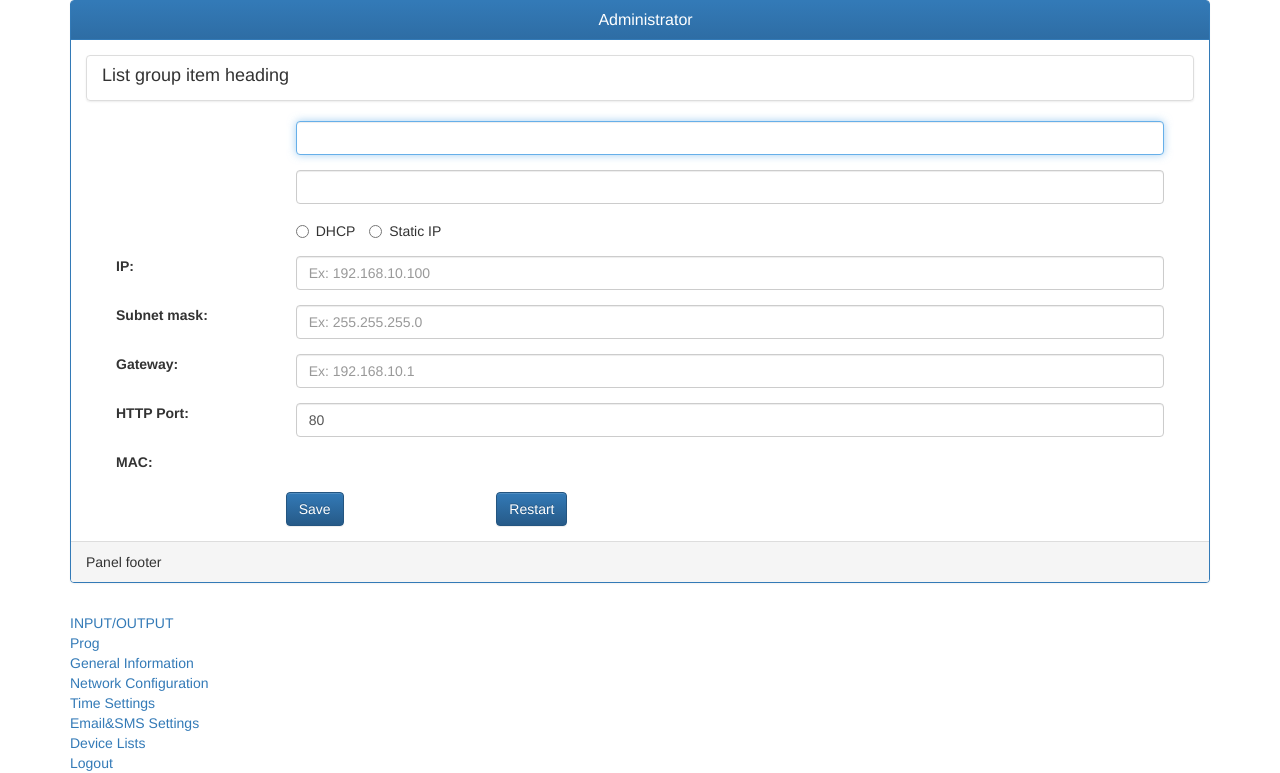
Repository: binhpham1909/EclipseCpp
Page: SwitchControler_v1/HTMLSource/admin.html
The author's editor kept a copy of each file at every save. The page is drawn from the files as they stood at one save, then again after the next save.
The browser window is 1280 px wide. The pictures show the whole page.
The page's requests for data from a server got no answer.

Above is the page before, as saved 2017-02-09 08:58:34.

After the next save:
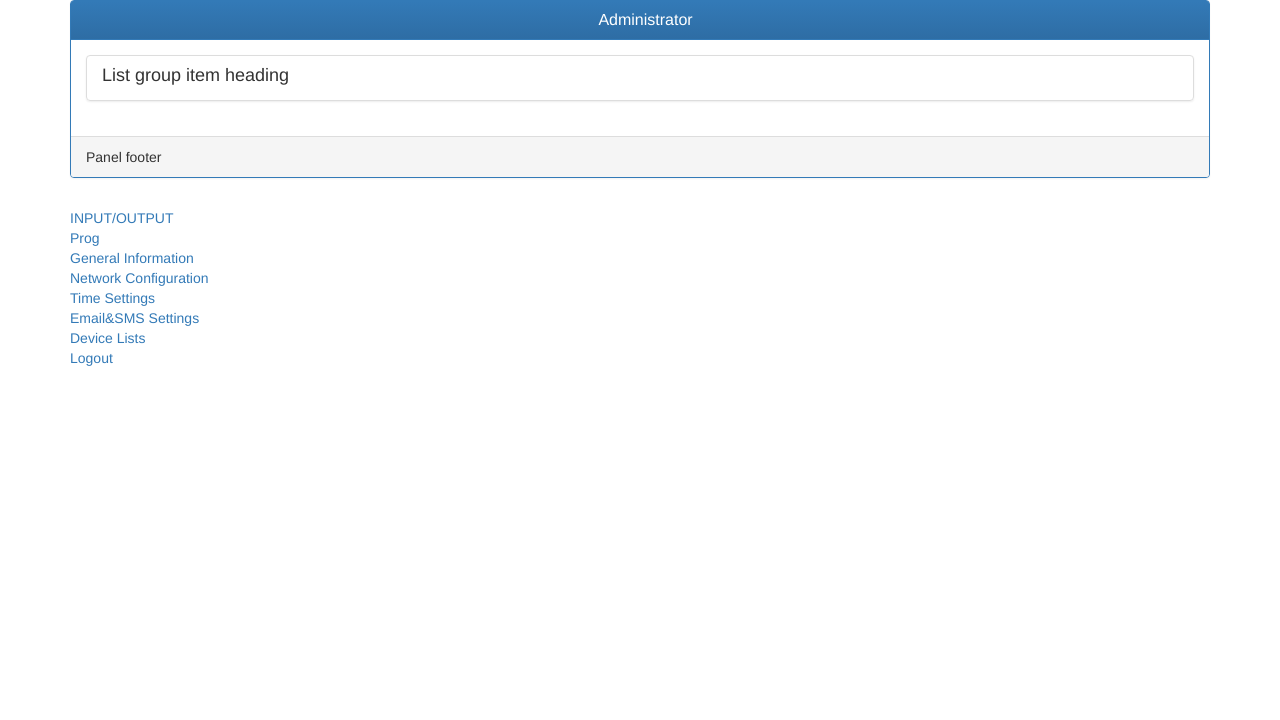
Saved 40 s later.
--- a/SwitchControler_v1/HTMLSource/admin.html
+++ b/SwitchControler_v1/HTMLSource/admin.html
@@ -28,68 +28,6 @@
 				<h4 class="list-group-item-heading">List group item heading</h4>
 			</a>
 			</div>
-			<form name="networkSetting" id="networkSetting">
-				<div class="form-group col-sm-12">
-					<label for="ssid" id="lbSSID" class="col-sm-2 control-label"></label>
-					<div class="col-sm-10">
-						<input type="text" class="form-control" name="ssid" id="ssid" maxlength="31" autofocus/>
-					</div>
-				</div>
-				<div class="form-group col-sm-12">
-					<label for="wifiPassword" id="lbWifiPassword" class="col-sm-2 control-label"></label>
-					<div class="col-sm-10">
-						<input type="password" class="form-control" name="wifiPassword" id="wifiPassword" maxlength="31"/>
-					</div>
-				</div>
-				<div class="form-group col-sm-12">
-					<div class="col-sm-offset-2 col-sm-10">
-						<label class="radio-inline">
-							<input type="radio" name="dhcp" id="dhcp" value="true"> DHCP
-						</label>
-						<label class="radio-inline">
-							<input type="radio" name="dhcp" id="fixed" value="false">Static IP
-						</label>
-					</div>
-				</div>
-				<div class="form-group col-sm-12">
-					<label for="ip" class="col-sm-2 control-label">IP:</label>
-					<div class="col-sm-10">
-						<input type="text" class="form-control" name="ip" id="ip" placeholder="Ex: 192.168.10.100" maxlength="15"/>
-					</div>
-				</div>
-				<div class="form-group col-sm-12">
-					<label for="mask" class="col-sm-2 control-label">Subnet mask:</label>
-					<div class="col-sm-10">
-						<input type="text" class="form-control" name="mask" id="mask" placeholder="Ex: 255.255.255.0" maxlength="15"/>
-					</div>
-				</div>
-				<div class="form-group col-sm-12">
-					<label for="gw" class="col-sm-2 control-label">Gateway:</label>
-					<div class="col-sm-10">
-						<input type="text" class="form-control" name="gw" id="gw" placeholder="Ex: 192.168.10.1" maxlength="15"/>
-					</div>
-				</div>
-				<div class="form-group col-sm-12">
-					<label for="port" class="col-sm-2 control-label">HTTP Port:</label>
-					<div class="col-sm-10">
-						<input type="number" class="form-control" name="port" id="port" placeholder="80" min="80" max="65535" value="80"/>
-					</div>
-				</div>
-				<div class="form-group col-sm-12">
-					<label for="mac" class="col-sm-2 control-label">MAC:</label>
-					<div class="col-sm-10">
-						<span id="mac" name="mac">&nbsp;</span>
-					</div>
-				</div>
-				<div class="form-group">
-					<div class="col-sm-offset-2 col-sm-10">
-						<div class="errorMessage" id="errorMsg"></div>
-						<div class="infoMessage" id="infoMsg"></div>
-						<button class="btn btn-primary" id="btn-networkSetting">Save</button>
-						<input class="col-xs-offset-2 btn btn-primary" type="button" value="Restart" id="reboot" name="reboot">
-					</div>
-				</div>
-			</form>
 		</div>
 		<div class="panel-footer">
 		Panel footer
